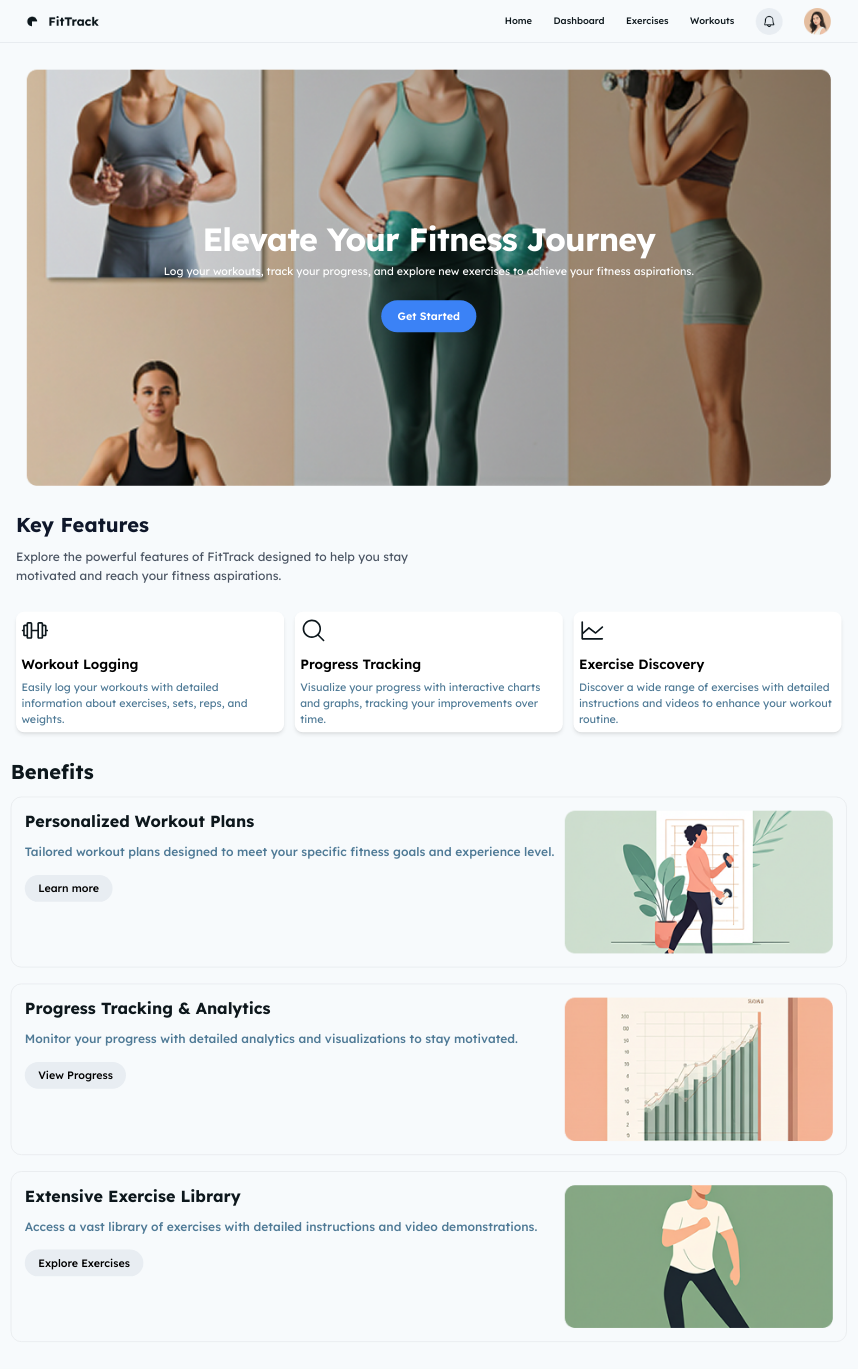
Repository: Emy-gold/fitness-tracking-platform
Page: /
The author's editor kept a copy of each file at every save. The page is drawn from the files as they stood at one save, then again after the next save.
The browser window is 1280 px wide. The pictures show the whole page, at 67% of full size.
The project was rebuilt for these pictures with package versions that can differ from the ones it lists, and the page was loaded fresh each time. Also part of the build but not shown: vite.config.js, src/Pages/Dashboard.jsx, src/Pages/Exercises.jsx, src/Pages/Workouts.jsx, src/components/Footer.jsx.

Above is the page before, as saved 2025-08-28 01:01:16.

After the next save:
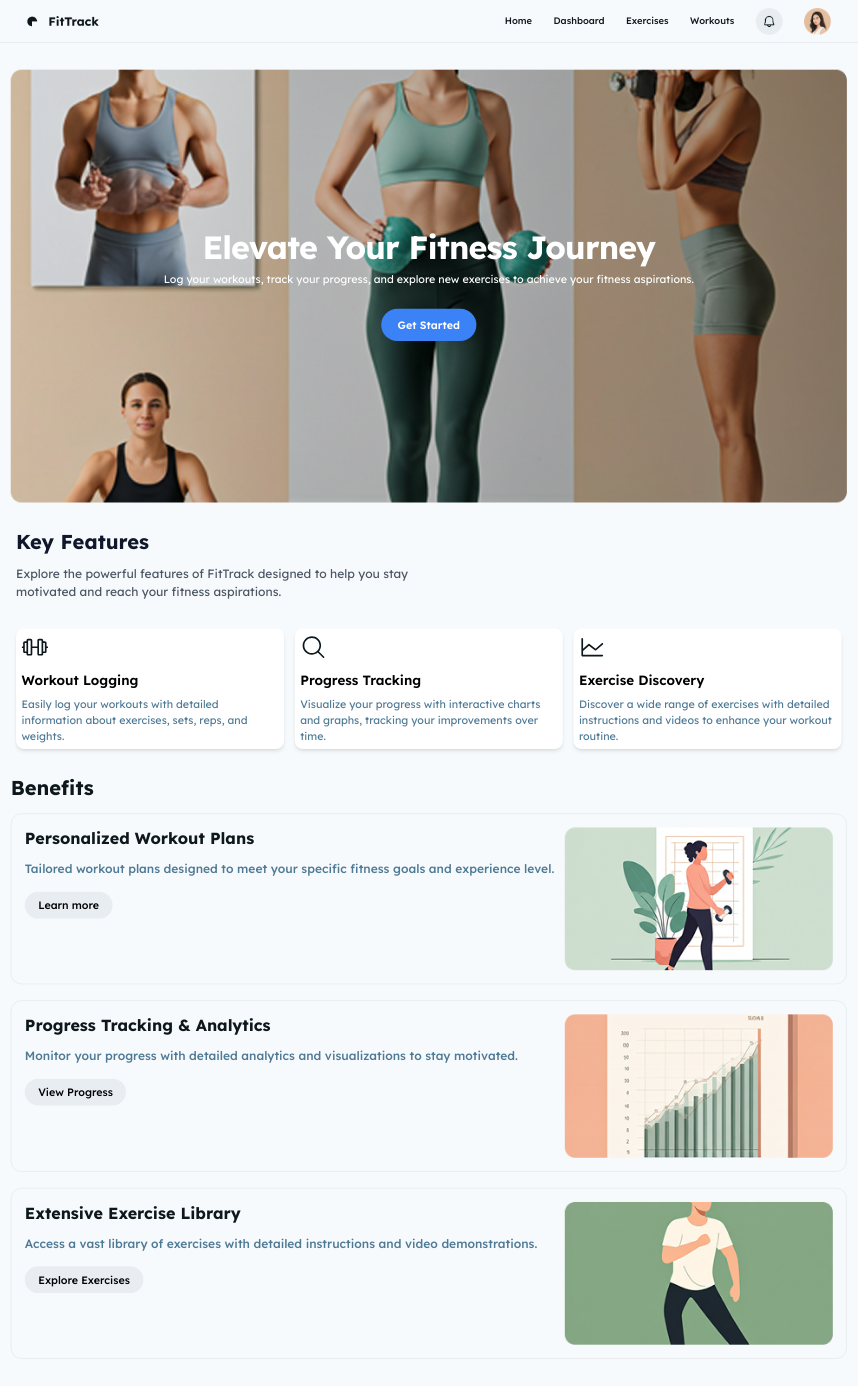
Saved 9 s later.
--- a/src/Pages/Home.jsx
+++ b/src/Pages/Home.jsx
@@ -45,7 +45,7 @@ function Home() {
             <main className='flex flex-col justify-center items-center mx-auto font-lexend'>
                 {/* Hero Section */}
                 <section className='my-10 relative flex justify-center max-w-7xl mx-auto px-4'>
-                    <img src={homepic} className="w-[1200px]" />
+                    <img src={homepic} className="w-[1280px]" />
                     <div className="absolute inset-0 flex flex-col justify-center text-center text-white">
                         <h1 className='lg:text-5xl font-bold mb-3 tracking-tight text-base'>Elevate Your Fitness Journey</h1>
                         <p>Log your workouts, track your progress, and explore new exercises to achieve your fitness aspirations.</p>
